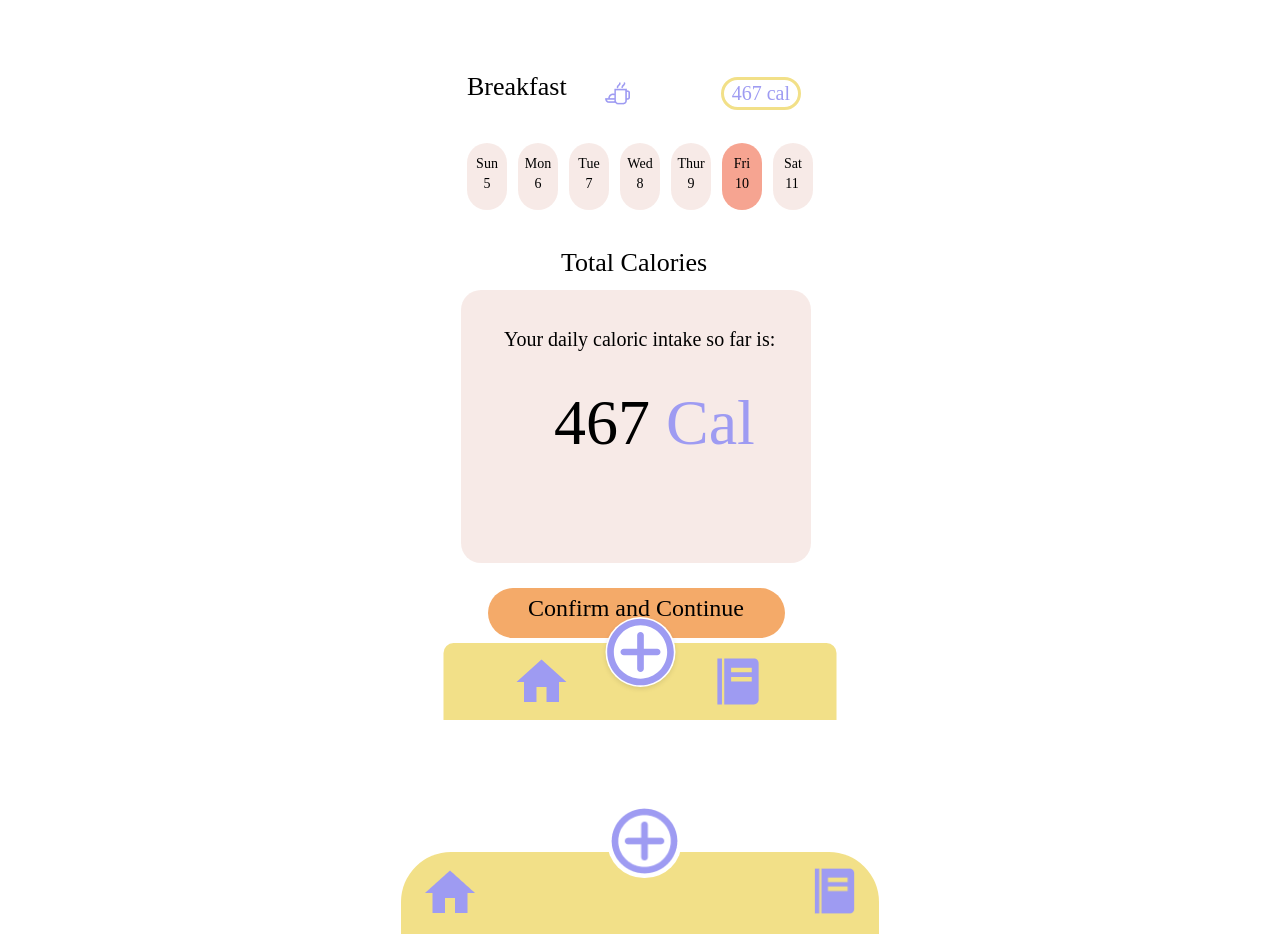
Repository: MeowCeline00/G5-Calorie-Tracker
Page: BreakfastCalCounter/index.html
An editor plug-in stored every save of this project. The page is shown before and after the next save, followed by the edit.
The browser window is 1280 px wide. The pictures show the whole page.

Above is the page before, as saved 2024-05-26 14:09:10.
Console error: ReferenceError: renderLandingPage is not defined

### BreakfastCalCounter/index.html
<!DOCTYPE html>
<html>
<head>
  	<meta charset="utf-8">
  	<meta name="viewport" content="initial-scale=1, width=device-width">

  	<link rel="stylesheet" href="./global.css" />
  	<link rel="stylesheet"  href="./index.css" />
	  <link rel="stylesheet" href="/styles/Home.css">

</head>
<body>
	<div class="pageContainer">
		<div class="pageInnerContainer">
			<!-- <div class="add-page-container"> -->
  	<div class="add-page">
    		<div class="add-page-child">
    		</div>
    		<div class="add-page-item">
    		</div>
    		<div class="add-page-inner">
    		</div>
    		<div class="rectangle-div">
    		</div>
    		<div class="add-page-child1">
    		</div>
    		<div class="add-page-child2">
    		</div>
    		<div class="add-page-child3">
    		</div>
    		<div class="add-page-child4">
    		</div>

    		<div class="total-calories">Total Calories</div>
    		<div class="breakfast">Breakfast</div>
    		<div class="div">5</div>
    		<div class="sun">Sun</div>
    		<div class="mon">Mon</div>
    		<div class="tue">Tue</div>
    		<div class="wed">Wed</div>
    		<div class="thur">Thur</div>
    		<div class="fri">Fri</div>
    		<div class="sat">Sat</div>
    		<div class="div1">6</div>
    		<div class="div2">7</div>
    		<div class="div3">8</div>
    		<div class="div4">9</div>
    		<div class="div5">10</div>
    		<div class="div6">11</div>
    		<div class="add-page-child5">
    		</div>
    		<div class="add-page-child6">
    		</div>
    		<div class="confirm-and-continue">Confirm and Continue</div>
			<div><a class="go-back" href="/breakfastAddPage/index.html">Go Back</a></div>    		<div class="add-page-child7">
    		</div>
    		<div class="cal">467 cal</div>
    		<img class="fluent-mdl2breakfast-icon" alt="breakfast" src="/Images/fluent-mdl2_breakfast.png">

    		<div class="add-page-child8">
    		</div>
    		<div class="your-daily-caloric">Your daily caloric intake so far is:</div>
    		<div class="cal1">
      			<span>467</span>
      			<span class="cal2">Cal</span>

			</div>

			</div>
			<div class="navContainer">
				<nav class="navbar">
				  <div class="navItem" onclick="navigateTo('home2')">
					<img src="/images/home_icon.svg" alt="Home" width="60" height="60" />
				  </div>
				  <div class="addButtonContainer">
					<div class="addnewButton" onclick="navigateTo('addNew')">
					  <img src="/images/add_icon.svg" alt="Add" width="80" height="80" />
					</div>
				  </div>
				  <div class="navItem" onclick="navigateTo('recipes')">
					<img src="/images/recipes_icon.svg" alt="Recipes" width="55" height="55" />
				  </div>
				</nav>
			  </div>
			  <script src="/scripts/app.js"></script>
			  <script src="/scripts/navbar.js"></script>

	  <div class="navBarContainer">
		<div class="navBar">
		<a href="/index.html"><img class="image1" src="/Images/Vector.png"></a>
		<a href="/index.html"><img class="image02"src="/Images/vector02.png"></a>
		<a href="/index.html"><img class="image03" src="/Images/Vector1.png"></a>
		</div>
	</div>
</div>
</div>
</body>
</html>

### BreakfastCalCounter/global.css

body {
    margin: 0;
    line-height: normal;
}


:root {

    --body-20-medium: Catamaran;
    --heading-26-regular: Saira;

    --body-20-medium-size: 20px;
    --body-24-regular-size: 24px;
    --font-size-sm: 14px;
    --heading-26-regular-size: 26px;

    --color-cornflowerblue: #9e9bf2;
    --color-black: #000;
    --lighter-nav-bar: rgba(247, 232, 229, 0.9);
    --yellow: #f2e088;
    --color-sandybrown: rgba(242, 149, 68, 0.8);

    --br-xl: 20px;
    --br-17xl: 36px;

}

### BreakfastCalCounter/index.css
.add-page-child {
    position: absolute;
    top: 582px;
    left: 0px;
    width: 393px;
    height: 55px;
}
.add-page-item {
    position: absolute;
    top: 143px;
    left: 26px;
    border-radius: var(--br-xl);
    background-color: var(--lighter-nav-bar);
    width: 40px;
    height: 67px;
}
.add-page-inner {
    position: absolute;
    top: 143px;
    left: 77px;
    border-radius: var(--br-xl);
    background-color: var(--lighter-nav-bar);
    width: 40px;
    height: 67px;
}
.rectangle-div {
    position: absolute;
    top: 143px;
    left: 128px;
    border-radius: var(--br-xl);
    background-color: var(--lighter-nav-bar);
    width: 40px;
    height: 67px;
}
.add-page-child1 {
    position: absolute;
    top: 143px;
    left: 179px;
    border-radius: var(--br-xl);
    background-color: var(--lighter-nav-bar);
    width: 40px;
    height: 67px;
}
.add-page-child2 {
    position: absolute;
    top: 143px;
    left: 230px;
    border-radius: var(--br-xl);
    background-color: var(--lighter-nav-bar);
    width: 40px;
    height: 67px;
}
.add-page-child3 {
    position: absolute;
    top: 143px;
    left: 281px;
    border-radius: var(--br-xl);
    background-color: rgba(242, 126, 99, 0.7);
    width: 40px;
    height: 67px;
}
.add-page-child4 {
    position: absolute;
    top: 143px;
    left: 332px;
    border-radius: var(--br-xl);
    background-color: var(--lighter-nav-bar);
    width: 40px;
    height: 67px;
}
.nav-bar-icon {
    position: absolute;
    top: 726px;
    left: 0px;
    width: 393px;
    height: 126px;
}
.total-calories {
    position: absolute;
    top: 248px;
    left: 120px;
    font-size: var(--heading-26-regular-size);
    font-weight: 500;
    font-family: var(--heading-26-regular);
    text-align: left;
    display: inline-block;
    width: 163px;
    height: 42px;
}
.breakfast {
    position: absolute;
    top: 72px;
    left: 26px;
    font-size: var(--heading-26-regular-size);
    font-weight: 500;
    font-family: var(--heading-26-regular);
    text-align: left;
    display: inline-block;
    width: 130px;
    height: 42px;
}
.div {
    position: absolute;
    top: 176px;
    left: 26px;
    display: inline-block;
    width: 40px;
    height: 42px;
}
.sun {
    position: absolute;
    top: 156px;
    left: 26px;
    display: inline-block;
    width: 40px;
    height: 20px;
}
.mon {
    position: absolute;
    top: 156px;
    left: 77px;
    display: inline-block;
    width: 40px;
    height: 20px;
}
.tue {
    position: absolute;
    top: 156px;
    left: 128px;
    display: inline-block;
    width: 40px;
    height: 20px;
}
.wed {
    position: absolute;
    top: 156px;
    left: 179px;
    display: inline-block;
    width: 40px;
    height: 20px;
}
.thur {
    position: absolute;
    top: 156px;
    left: 230px;
    display: inline-block;
    width: 40px;
    height: 20px;
}
.fri {
    position: absolute;
    top: 156px;
    left: 281px;
    display: inline-block;
    width: 40px;
    height: 20px;
}
.sat {
    position: absolute;
    top: 156px;
    left: 332px;
    display: inline-block;
    width: 40px;
    height: 20px;
}
.div1 {
    position: absolute;
    top: 176px;
    left: 77px;
    display: inline-block;
    width: 40px;
    height: 42px;
}
.div2 {
    position: absolute;
    top: 176px;
    left: 128px;
    display: inline-block;
    width: 40px;
    height: 42px;
}
.div3 {
    position: absolute;
    top: 176px;
    left: 179px;
    display: inline-block;
    width: 40px;
    height: 42px;
}
.div4 {
    position: absolute;
    top: 176px;
    left: 230px;
    display: inline-block;
    width: 40px;
    height: 42px;
}
.div5 {
    position: absolute;
    top: 176px;
    left: 281px;
    display: inline-block;
    width: 40px;
    height: 42px;
}
.div6 {
    position: absolute;
    top: 176px;
    left: 332px;
    display: inline-block;
    width: 38px;
    height: 42px;
}
.add-page-child5 {
    position: absolute;
    top: 588px;
    left: 47px;
    border-radius: var(--br-17xl);
    background-color: var(--color-sandybrown);
    width: 297px;
    height: 50px;
}
.add-page-child6 {
    position: absolute;
    top: 657px;
    left: 47px;
    border-radius: var(--br-17xl);
    background-color: var(--color-sandybrown);
    width: 297px;
    height: 50px;
}
.confirm-and-continue {
    position: absolute;
    top: 595px;
    left: 80px;
    font-size: var(--body-24-regular-size);
    display: inline-block;
    width: 230px;
    height: 42px;
}
.go-back {
    position: absolute;
    top: 664px;
    left: 80px;
    font-size: var(--body-24-regular-size);
    display: inline-block;
    width: 230px;
    height: 42px;
    cursor: pointer;
    text-decoration: none;
    color: black;
}
.add-page-child7 {
    position: absolute;
    top: 77px;
    left: 280px;
    border-radius: var(--br-xl);
    background-color: #fff;
    border: 3px solid var(--yellow);
    box-sizing: border-box;
    width: 80px;
    height: 33px;
}
.cal {
    position: absolute;
    top: 82px;
    left: 285px;
    font-size: var(--body-20-medium-size);
    font-weight: 500;
    color: var(--color-cornflowerblue);
    text-align: right;
    display: inline-block;
    width: 64px;
    height: 23px;
}
.fluent-mdl2breakfast-icon {
    position: absolute;
    top: 81px;
    left: 164px;
    width: 25px;
    height: 25px;
}
.add-page-child8 {
    position: absolute;
    top: 290px;
    left: 20px;
    border-radius: var(--br-xl);
    background-color: var(--lighter-nav-bar);
    width: 350px;
    height: 273px;
}
.your-daily-caloric {
    position: absolute;
    top: 328px;
    left: 63px;
    font-size: var(--body-20-medium-size);
}
.cal2 {
    color: var(--color-cornflowerblue);
}
.cal1 {
    position: absolute;
    top: 386px;
    left: 113px;
    font-size: 64px;
    text-align: right;
}
.add-page {
    width: 100%;
    position: relative;
    background-color: rgba(255, 255, 255, 0.92);
    height: 852px;
    overflow: hidden;
    text-align: center;
    font-size: var(--font-size-sm);
    color: var(--color-black);
    font-family: var(--body-20-medium);
    left: 40px;
}


.navBar {
    background-color: #F2E088;
    width: 430px;
    height: 50px;
    display: flex;
    flex-direction: row;
    justify-content: space-between;
    align-items: center;
    padding-left: 1.5em;
    padding-right: 1.5em;
    padding-top: 1em;
    padding-bottom: 1em;
    border-top-left-radius: 50px;
    border-top-right-radius: 50px;
}

.image1 {
    width: 50px;
    height: 42.5;
}
.image02 {
    position: relative;
    width: 66.67px;
    height: 66.67px;
    background-color: #fff;
    padding:0.25em ;
    border-radius: 360px;
    top: -50px;
}

.image03 {
    width: 41.25px;
    height: 45.58;
}

.navBar a {
    padding: 0em;
    margin: 0em;
}

.pageContainer {
    display: flex;

    flex-direction: column;
    align-items: center;


}
.pageInnerContainer {
    display: flex;
    flex-direction: column;
    align-items: center;
    justify-content: center;

}

.add-page-container {
    display: flex;
    justify-content: center;
    flex-direction: column;
}

### styles/Home.css
#root {
    width: 393px;
    height: 852px;
    background-color: #fff;
    border-radius: 10px;
    overflow: hidden;
    position: relative;
}

.mainContent {
    width: 100%;
    height: 100%;
    display: flex;
    flex-direction: column;
    justify-content: flex-start;
    position: relative;
}

.topBar {
    padding: 15px 20px;
    background-color: #fff;
    display: flex;
    justify-content: space-between;
    align-items: center;
    z-index: 1;
}

.greeting {
    display: flex;
    flex-direction: column;
    text-align: left;
}

.greeting h2 {
    margin: 0;
    font-size: 1.5rem;
    color: #000;
}

.greeting p {
    margin: 0;
    font-size: 1rem;
    color: #666;
}

.profileIcon {
    display: flex;
    align-items: center;
    justify-content: center;
    cursor: pointer;
}

.dateChange {
    display: flex;
    justify-content: center;
    align-items: center;
    padding: 10px 0;
    background-color: #fff;
}

.meal_container {
    flex: 1;
    width: 100%;
    padding: 20px;
    box-sizing: border-box;
    overflow-y: auto;
    position: relative;
    z-index: 0;
}

.meals {
    width: 100%;
    padding: 10px 0;
    box-sizing: border-box;
}

.mealItem {
    display: flex;
    flex-direction: column;
    justify-content: space-between;
    align-items: flex-start;
    padding: 15px;
    margin: 10px 0;
    border-radius: 12px;
    background-color: var(--light_pink);
    width: 100%;
    height: auto;
    box-shadow: 0 2px 5px rgba(0, 0, 0, 0.1);
}

.mealHeading {
    font-weight: bold;
    margin-bottom: 10px;
    font-size: 1.2rem;
}

.mealDetails {
    display: flex;
    align-items: center;
    width: 100%;
    justify-content: space-between;
}

.mealDetails p {
    margin-left: 10px;
    color: #9E9BF2;
}

.calorieContainer {
    display: flex;
    align-items: center;
    justify-content: space-between;
    background-color: white;
    border: 4px solid #F2E088;
    border-radius: 30px;
    padding: 5px 10px;
}

.addButton {
    background: none;
    border: none;
    cursor: pointer;
    margin-left: 10px;
}

.navContainer {
    width: 100%;
    max-width: 393px;
    height: 77px;
    display: flex;
    position: fixed;
    bottom: 0;
    left: 50%;
    transform: translateX(-50%);
    background-color: #F2E088;
    border-radius: 10px 10px 0 0;
    justify-content: space-between;
    align-items: center;
    box-sizing: border-box;
    z-index: 1000;
}

.navbar {
    width: 100%;
    display: flex;
    justify-content: space-between;
    align-items: center;
    position: relative;
}

.navItem {
    display: flex;
    cursor: pointer;
    flex: 1;
    justify-content: center;
}

.addButtonContainer {
    display: flex;
    justify-content: center;
    align-items: center;
    width: 70px;
    height: 70px;
    background-color: #ffffff;
    border-radius: 50%;
    position: absolute;
    top: -35px;
    left: 50%;
    transform: translateX(-50%);
    cursor: pointer;
    box-shadow: 0 2px 5px rgba(0, 0, 0, 0.1);
}

.addnewButton {
    display: flex;
    justify-content: center;
    align-items: center;
    border-radius: 50%;
}

### scripts/app.js
document.addEventListener('DOMContentLoaded', () => {
    navigateTo('landing');
});

function navigateTo(page) {
    switch (page) {
        case 'landing':
            renderLandingPage();
            break;
        case 'home':
            renderHomePage();
            break;
        case 'profile':
            renderProfilePage();
            break;
        case 'lunchCalorie':
            window.location.href = '/lunchAddPage/index.html';
            break;
        case 'addNew':
            window.location.href = '/addPage/Add.html';
            break;
        case 'dinnerCalorie':
            window.location.href = '/dinnerAddPage/index.html';
            break;
        case 'snacksCalorie':
            window.location.href = '/snacksAddPage/index.html';
            break;
        case 'breakfastCalorie':
            window.location.href = '/breakfastAddPage/index.html';
            break;
        case 'burnedCalorie':
            window.location.href = '/burnedAddPage/index.html';
            break;
        default:
            console.error('Invalid page:', page);
            break;
    }
}

### scripts/navbar.js
function renderNavbar() {
    return `
      <div class="navContainer">
        <nav class="navbar">
          <div class="navItem" onclick="navigateTo('home')">
            <img src="/images/home_icon.svg" alt="Home" width="60" height="60" />
          </div>
          <div class="addButtonContainer">
            <div class="addnewButton" onclick="navigateTo('addNew')">
              <img src="/images/add_icon.svg" alt="Add" width="80" height="80" />
            </div>
          </div>
          <div class="navItem" onclick="navigateTo('recipes')">
            <img src="/images/recipes_icon.svg" alt="Recipes" width="55" height="55" />
          </div>
        </nav>
      </div>
    `;
}

After the next save:
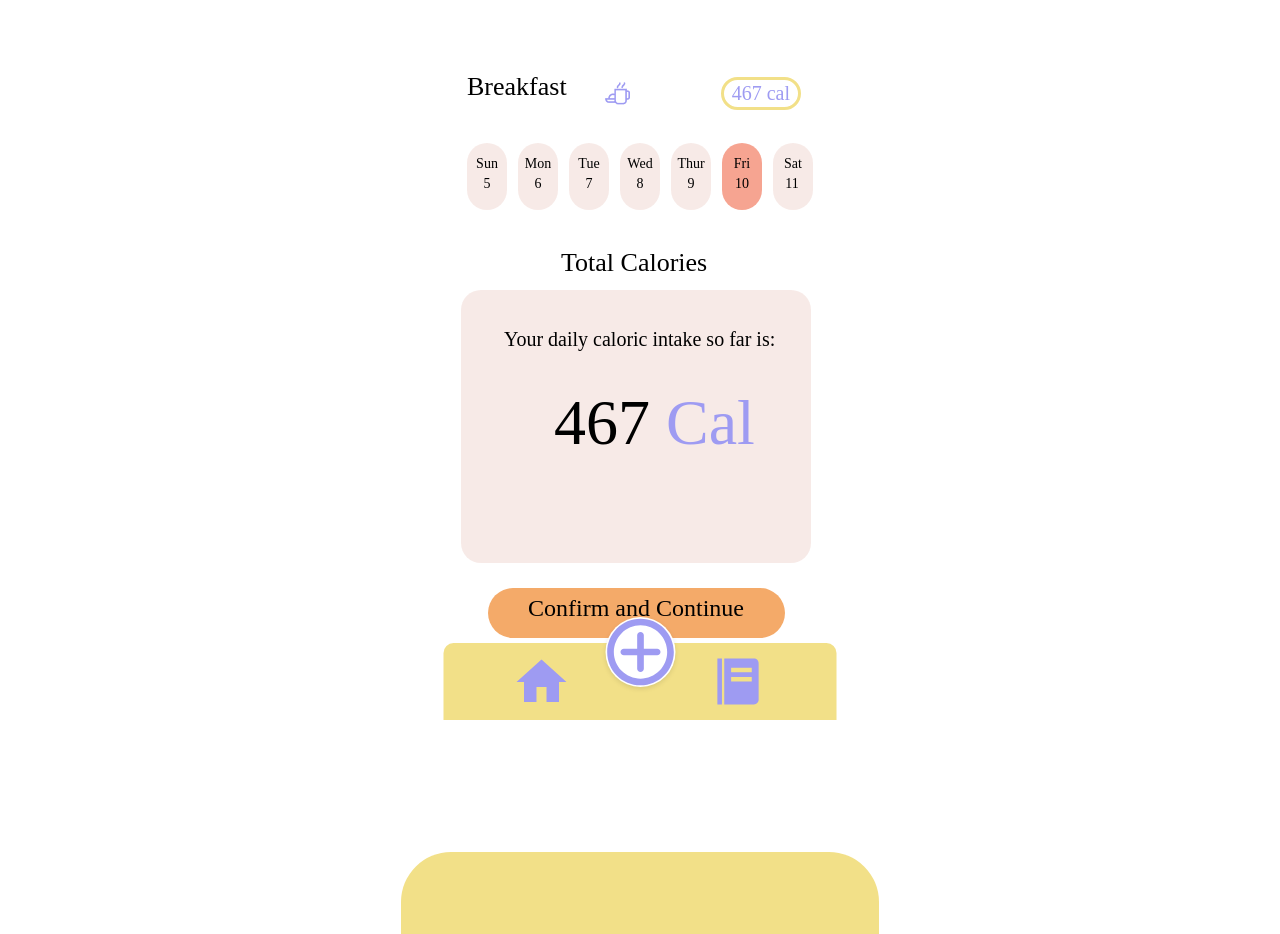
Saved 7 s later.
--- a/BreakfastCalCounter/index.html
+++ b/BreakfastCalCounter/index.html
@@ -87,9 +87,9 @@
 
 	  <div class="navBarContainer">
 		<div class="navBar">
-		<a href="/index.html"><img class="image1" src="/Images/Vector.png"></a>
+		<!-- <a href="/index.html"><img class="image1" src="/Images/Vector.png"></a>
 		<a href="/index.html"><img class="image02"src="/Images/vector02.png"></a>
-		<a href="/index.html"><img class="image03" src="/Images/Vector1.png"></a>
+		<a href="/index.html"><img class="image03" src="/Images/Vector1.png"></a> -->
 		</div>
 	</div>
 </div>
